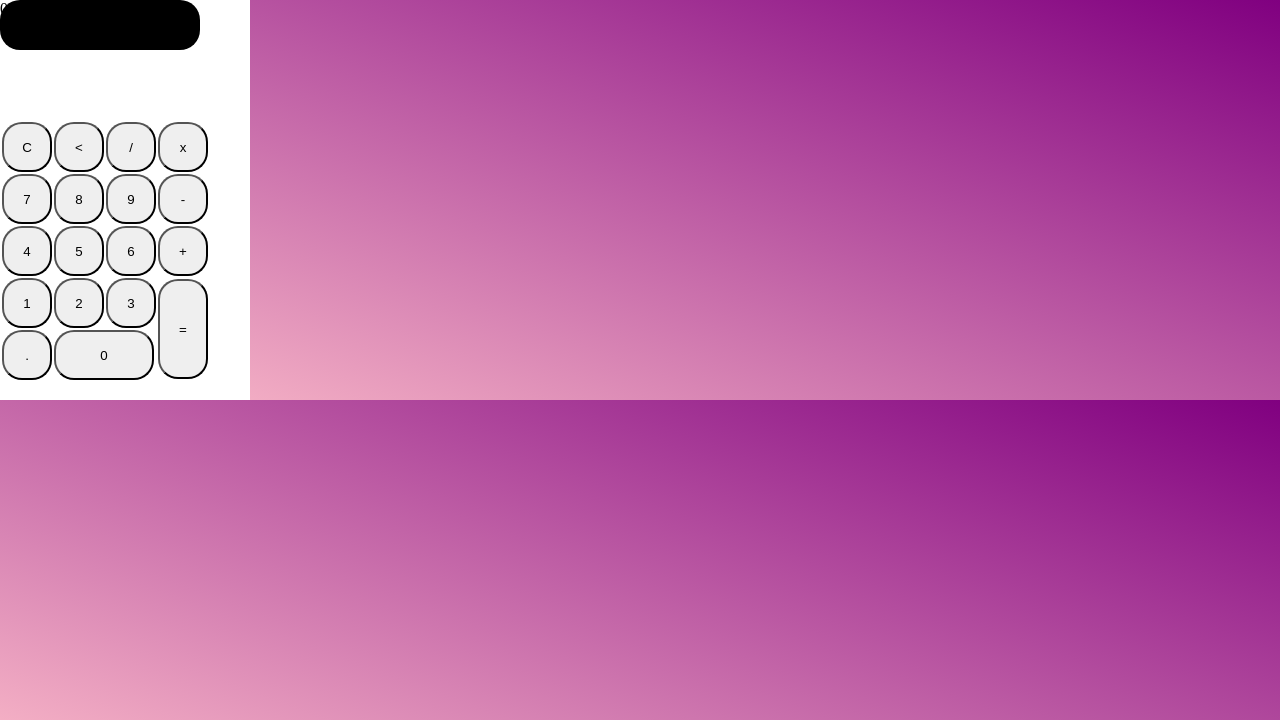
Repository: mariele-huff/calculadora
Page: index.html
An editor plug-in stored every save of this project. The page is shown before and after the next save, followed by the edit.
The browser window is 1280 px wide. The pictures show the whole page.

Above is the page before, as saved 2022-08-12 18:50:44.

After the next save:
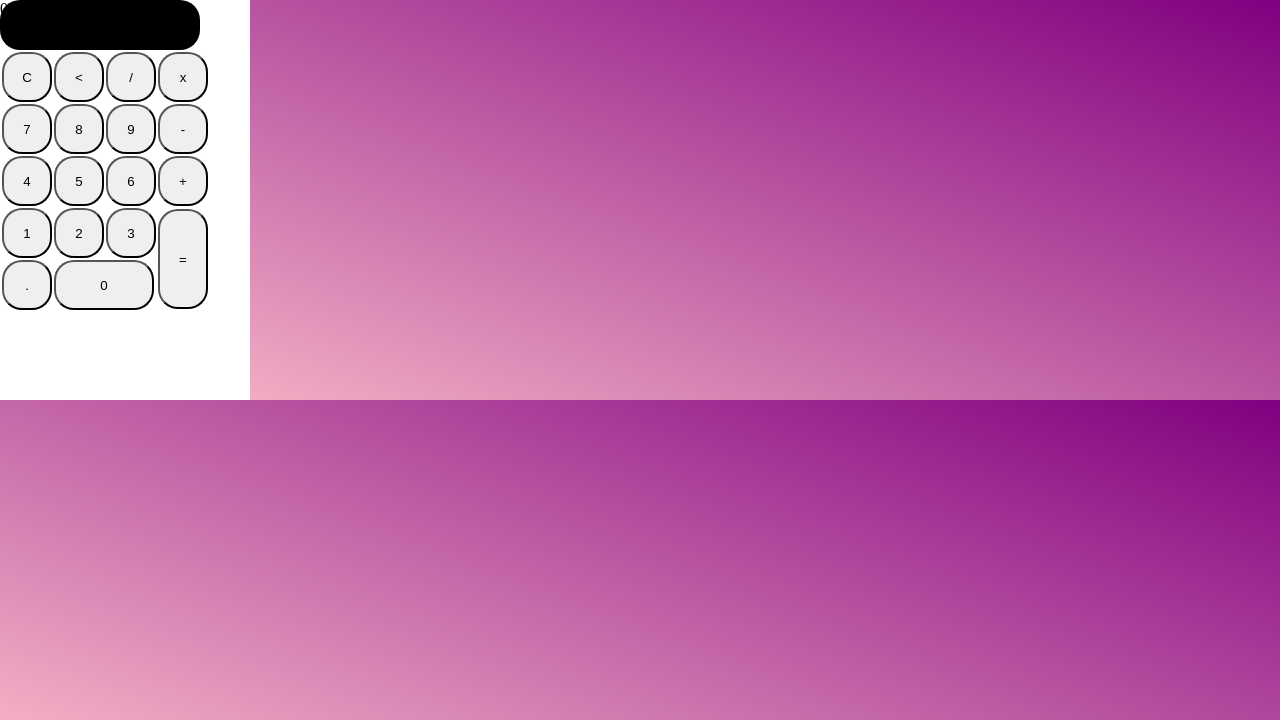
Saved 6 s later.
--- a/style.css
+++ b/style.css
@@ -39,7 +39,7 @@ body{
 
 }
 #resultado {
-     margin-bottom: 70px;
+
      background-color: black;
      height: 50px;
     width: 200px;
